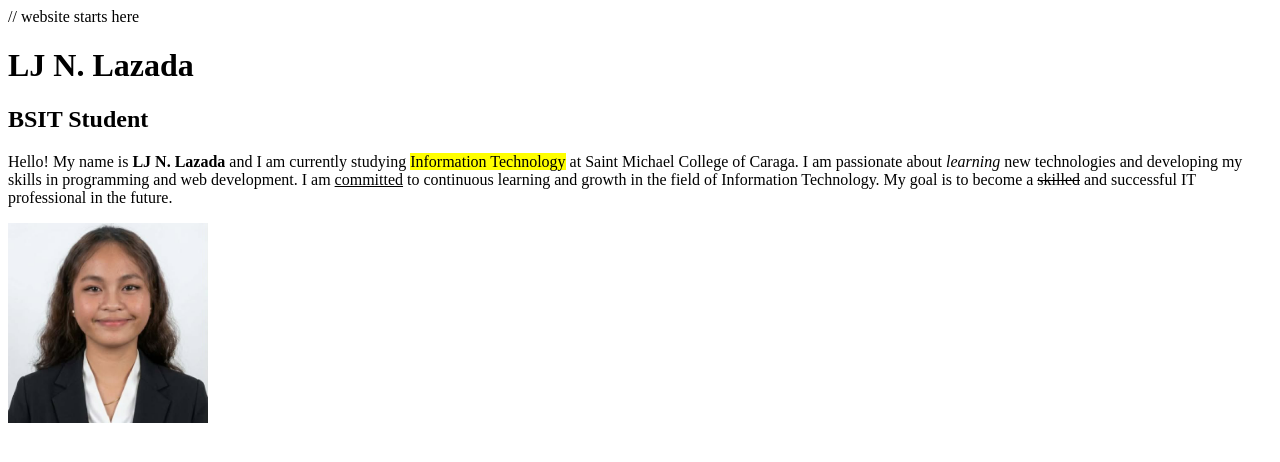
Repository: ljlazada11/myfirsthtml
Page: index.html
These files come from the project's save history. The page is drawn as it stood at one moment and after the next save; the edit follows.
The browser window is 1280 px wide. The pictures show the whole page.

Above is the page before, as saved 2026-06-24 19:12:28.

### index.html
<!DOCTYPE html>
<html lang="en">
<head>
    <meta charset="UTF-8">
    <meta name="viewport" content="width=device-width, initial-scale=1.0">
    <title>My Personal Web Profile</title>
    <link rel="icon" type="image/x-icon" href="images.png">
    // website starts here

</head>
<body>
    <h1>LJ N. Lazada</h1>
    <h2>BSIT Student</h2>
    <p>Hello! My name is <strong>LJ N. Lazada</strong> and I am currently studying <mark>Information Technology</mark> at Saint Michael College of Caraga. I am passionate about <i>learning</i> new technologies and developing my skills in programming and web development. I am <ins>committed</ins> to continuous learning and growth in the field of Information Technology. My goal is to become a <del>skilled</del> and successful IT professional in the future.</p>
    <img src="pic.jpg" alt="My	Profile	Picture" width="200">
</body>
</html>

After the next save:
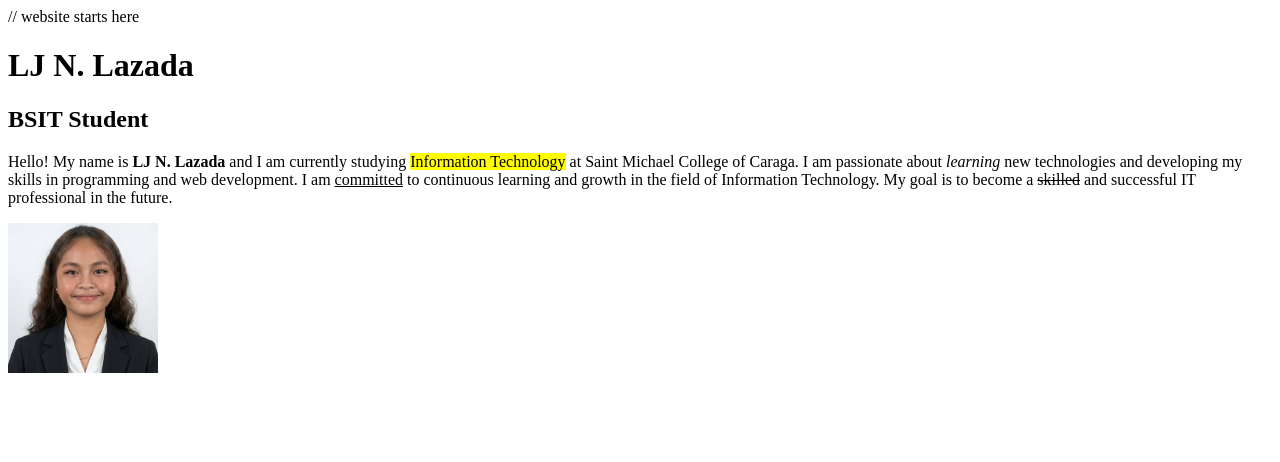
Saved 62 s later.
--- a/index.html
+++ b/index.html
@@ -12,6 +12,6 @@
     <h1>LJ N. Lazada</h1>
     <h2>BSIT Student</h2>
     <p>Hello! My name is <strong>LJ N. Lazada</strong> and I am currently studying <mark>Information Technology</mark> at Saint Michael College of Caraga. I am passionate about <i>learning</i> new technologies and developing my skills in programming and web development. I am <ins>committed</ins> to continuous learning and growth in the field of Information Technology. My goal is to become a <del>skilled</del> and successful IT professional in the future.</p>
-    <img src="pic.jpg" alt="My	Profile	Picture" width="200">
+    <img src="pic.jpg" alt="My	Profile	Picture" width="150" height="150">
 </body>
 </html>
